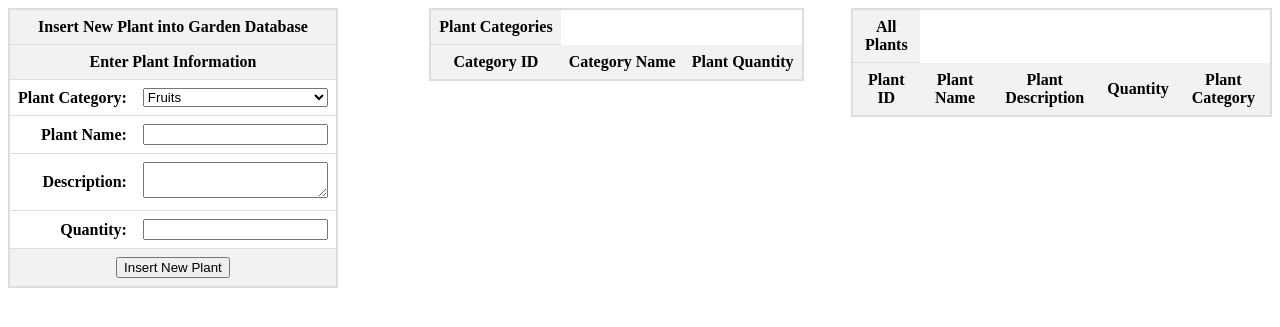
Repository: bkyncl/csd-430
Page: http://localhost/kyncl_08/form.jsp
An editor plug-in stored every save of this project. The page is shown before and after the next save, followed by the edit.
The browser window is 1280 px wide. The pictures show the whole page.
The page is served by Tomcat 9. Other server files are loaded and not shown. The template is opened directly, without the code that normally fills it, so the values that code supplies are empty.

Above is the page before, as saved 2023-07-04 09:04:41.

### kyncl_08/src/main/webapp/form.jsp
<%@ page language="java" contentType="text/html; charset=ISO-8859-1"
    pageEncoding="ISO-8859-1"%>
<%@ taglib prefix="c" uri="http://java.sun.com/jsp/jstl/core" %>
<!DOCTYPE html>
<html>
<head>
<meta charset="ISO-8859-1">
<title>Insert Records Form</title>
<style>
    table {
        border-collapse: collapse;
        border: 2px solid #ddd;
    }
    th, td {
        padding: 8px;
        text-align: left;
        border-bottom: 1px solid #ddd;
    }
    th {
        background-color: #f2f2f2;
        text-align: center;
    }
    td.label-cell {
        text-align: right;
        font-weight: bold;
    }
    input[type="text"],
    input[type="number"],
    textarea,
    select {
        width: 100%;
        box-sizing: border-box;
    }
    #button-container {
        text-align: center;
        background-color: #f2f2f2;
    }
    #button {
        display: inline-block;
    }
    .form-container {
        display: flex;
        flex-wrap: wrap;
    }

    .form-container > div {
        flex: 1 1 100%;
    }

    @media screen and (min-width: 768px) {
        .form-container > div {
            flex: 1 1 30%;
        }
    }
</style>
</head>
<body>
<div class="form-container">
	<div>
		<form action="<%=request.getContextPath()%>/plants?action=insert" method="POST">
		    <table>
		    	<tr>
		            <th colspan="3">Insert New Plant into Garden Database</th>
		        </tr>
		        <tr>
		            <th colspan="3">Enter Plant Information</th>
		        </tr>
		        <tr>
		            <td class="label-cell">
		                <label for="categoryId">Plant Category:</label>
		            </td>
		            <td colspan="2">
		                <select name="categoryId" id="category">
		                    <option value="1">Fruits</option>
		                    <option value="2">Vegetables</option>
		                    <option value="3">Herbs</option>
		                </select>
		            </td>
		        </tr>
		        <tr>
		            <td class="label-cell">
		                <label for="name">Plant Name:</label>
		            </td>
		            <td colspan="2">
		                <input type="text" name="plantName" id="name" required maxlength="50">
		            </td>
		        </tr>
		        <tr>
		            <td class="label-cell">
		                <label for="description">Description:</label>
		            </td>
		            <td colspan="2">
		                <textarea name=plantDescription id="description" maxlength="200"></textarea>
		            </td>
		        </tr>
		        <tr>
		            <td class="label-cell">
		                <label for="quantity">Quantity:</label>
		            </td>
		            <td colspan="2">
		                <input type="number" name="quantity" id="quantity" required pattern="[0-9]+">
		            </td>
		        </tr>
		        <tr>
		            <td colspan="3" id="button-container">
		            	<input type="hidden" name="action" value="result">
		                <input id="button" type="submit" value="Insert New Plant">
		            </td>
		        </tr>
		    </table>
		</form>
	</div>
	<div>
		<table>
			<tr>
				<th>Plant Categories</th>
			</tr>
		    <tr>
		        <th>Category ID</th>
		        <th>Category Name</th>
		        <th>Plant Quantity</th>
		    </tr>
		    <c:forEach var="category" items="${categories}">
		        <tr>
		            <td>${category.categoryId}</td>
		            <td>${category.categoryName}</td>
		            <td>${category.plantCount}</td>
		        </tr>
		    </c:forEach>
		</table>
	</div>
	<div>
		<!-- Display the list of plants -->
	    <table>
	    	<tr>
				<th>All Plants</th>
			</tr>
	        <tr>
	            <th>Plant ID</th>
	            <th>Plant Name</th>
	            <th>Plant Description</th>
	            <th>Quantity</th>
	            <th>Plant Category</th>
	        </tr>
	        <c:forEach var="plant" items="${plants}">
	            <tr>
	            	<td>${plant.plantId}</td>
	                <td>${plant.plantName}</td>
	                <td>${plant.plantDescription}</td>
	                <td>${plant.quantity}</td>
	                <td>
	                <c:forEach var="category" items="${categories}">
	                    <c:if test="${category.categoryId eq plant.categoryId}">
	                        ${category.categoryName}
	                    </c:if>
	                </c:forEach>
	            </td>
	            </tr>
	        </c:forEach>
	    </table>
	</div>
</div>
</body>
</html>

After the next save:
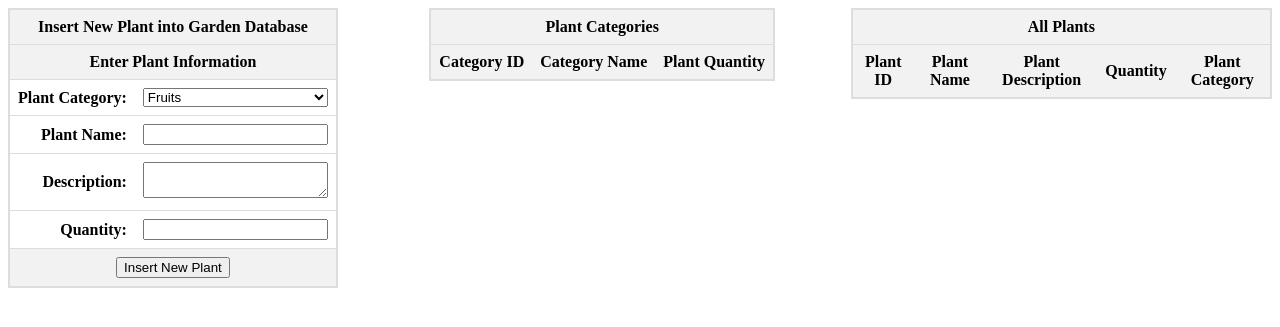
Saved 42 s later.
--- a/kyncl_08/src/main/webapp/form.jsp
+++ b/kyncl_08/src/main/webapp/form.jsp
@@ -113,7 +113,7 @@
 	<div>
 		<table>
 			<tr>
-				<th>Plant Categories</th>
+				<th colspan="3">Plant Categories</th>
 			</tr>
 		    <tr>
 		        <th>Category ID</th>
@@ -133,7 +133,7 @@
 		<!-- Display the list of plants -->
 	    <table>
 	    	<tr>
-				<th>All Plants</th>
+				<th colspan="5">All Plants</th>
 			</tr>
 	        <tr>
 	            <th>Plant ID</th>
